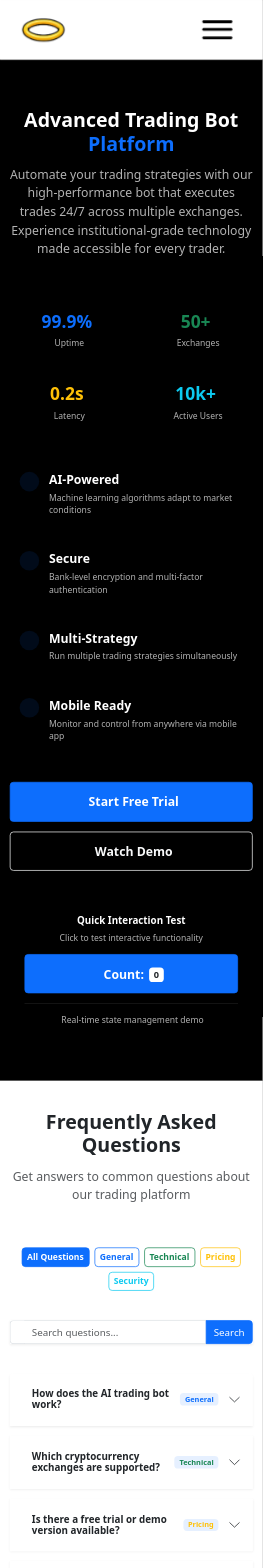
Repository: Kevin-Pro-Codes/halo-trading
Page: /
An editor plug-in stored every save of this project. The page is shown before and after the next save, followed by the edit.
The browser window is 375 px wide. The pictures show the part of the page from y = 0 to 2240 px (the page is 37400 px tall before and 40067 px after), at 70% of full size.
The page's requests for data from a server got no answer. The project was rebuilt for these pictures with package versions that can differ from the ones it lists, and the page was loaded fresh each time. Some packages were replaced by stand-ins written for this rebuild. No one was signed in, and anything a server would have sent is missing. Also part of the build but not shown: vite.config.js, src/styles/DocStyle.css, src/styles/PricingStyle.css.

Above is the page before, as saved 2025-12-09 19:29:24.

After the next save:
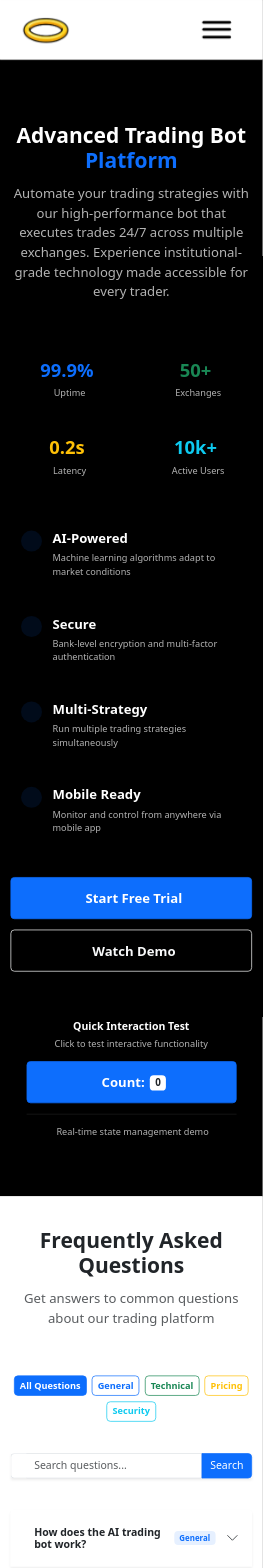
Saved 44 s later.
--- a/src/App.css
+++ b/src/App.css
@@ -75,7 +75,6 @@ ul {
 }
 
 
-/* Sections */
 section {
   padding: 3rem 0;
 }
@@ -91,71 +90,3 @@ section {
   background-color: var(--bg-dark);
   color: var(--text-light);
 }
-
-.section-white {
-  background-color: var(--bg-light);
-  color: var(--text-dark);
-}
-
-
-
-/* Responsive Adjustments */
-@media (max-width: 768px) {
-  html {
-    font-size: 14px;
-  }
-
-    .navbar {
-    padding: 0;
-
-  }
-
-.nav-btn {
-  background: transparent;
-  color: var(--text-dark);
-  border: 1px solid var(--text-dark);
-  padding: 2rem 1rem;
-  border-radius: var(--border-radius);
-  font-family: inherit;
-  font-size: 1rem;
-}
-
-  .logo-img {
-  height: 4.5rem; /* Slightly reduced size */
-  width: auto;
-}
-
-  .section-content {
-    padding: 0 1.5rem;
-  }
-
-}
-
-@media (max-width: 480px) {
-
-  .navbar {
-    padding: 0;
-  }
-
-.nav-btn {
-  background: transparent;
-  color: var(--text-dark);
-  border: 1px solid var(--text-dark);
-  padding: 1.5rem 1rem;
-  border-radius: var(--border-radius);
-  font-family: inherit;
-  font-size: 1rem;
-}
-
-
-  .logo-img {
-    height: 3.5rem;
-  }
-
-  section {
-    padding: 2rem 0;
-  }
-
-
-
-}
